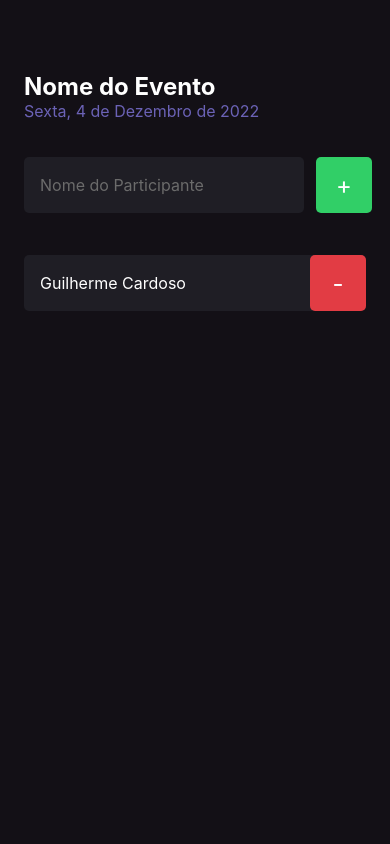
Repository: guilhermecardoso93/reactNative-ignite-imhere
Screen: /
These files come from the project's save history. The screen is drawn as it stood at one moment and after the next save; the edit follows.
The app was drawn by React Native's web renderer in a window 390 px wide. The project was rebuilt for these pictures with package versions that can differ from the ones it lists, and the page was loaded fresh each time.

Above is the screen before, as saved 2022-10-02 20:18:43.

### App.tsx
import { Text, View, StyleSheet } from "react-native";
import Home from "./src/screens/Home";

export default function App() {
  return (
    <>
      <Home/>
    </>
  );
}

### src/screens/Home/index.tsx
import { Text, View, TextInput, TouchableOpacity } from "react-native";
import { Participant } from "../../components/Participant";

import { styles } from "./styles";

export default function Home() {
  function handleAddPArticipant() {
    console.log("ADD part");
  }

  return (
    <View style={styles.container}>
      <Text style={styles.eventName}>Nome do Evento</Text>
      <Text style={styles.eventDate}>Sexta, 4 de Dezembro de 2022</Text>
      <View style={styles.form}>
        <TextInput
          style={styles.eventInput}
          placeholder="Nome do Participante"
          placeholderTextColor="#6b6b6b"
        />
        <TouchableOpacity style={styles.button} onPress={handleAddPArticipant}>
          <Text style={styles.buttonText}>+</Text>
        </TouchableOpacity>
      </View>
      <Participant/>
    </View>
  );
}

### src/components/Participant/index.tsx
import { Text, TouchableOpacity, View } from "react-native";


import { styles } from "./styles";

export function Participant(){
function handleRemoveParticipant(){
  console.log('Remove')
}

  return (
    <View style={styles.container}>
      <Text style={styles.name}>Guilherme Cardoso</Text>
      <TouchableOpacity style={styles.button} onPress={handleRemoveParticipant}>
          <Text style={styles.buttonText}>-</Text>
        </TouchableOpacity>
    </View>
  )
}

### src/screens/Home/styles.ts
import { StyleSheet } from "react-native";

export const styles = StyleSheet.create({
  container: {
    flex: 1,
    padding: 24,
    backgroundColor: "#131016",
  },
  eventName: {
    color: "#fff",
    fontSize: 24,
    fontWeight: "bold",
    marginTop: 48,
  },
  eventDate: {
    color: "#6b62b6",
    fontSize: 16,
  },

  eventInput: {
    backgroundColor: "#1f1e25",
    color: "#FFF",
    height: 56,
    flex: 1,
    borderRadius: 5,
    padding: 16,
    fontSize: 16,
    marginRight: 12,
  },

  button: {
    width: 56,
    height: 56,
    borderRadius: 5,
    backgroundColor: "#31cf67",
    alignItems: "center",
    justifyContent: "center",
  },
  buttonText: {
    color: "#FFF",
    fontSize: 24,
  },
  form: {
    width: "100%",
    flexDirection: "row",
    marginTop: 36,
    marginBottom: 42,
  },
});

### src/components/Participant/styles.ts
import { StyleSheet } from "react-native";

export const styles = StyleSheet.create({
  container: {
    width: "100%",
    backgroundColor: "#1f1e25",
    borderRadius: 5,
    flexDirection: "row",
    alignItems: "center",
    justifyContent: "space-between",
    marginBottom: 10
  },
  name: {
    color: "#fff",
    flex: 1,
    marginLeft: 16,
    fontSize: 16
  },
  button: {
    width: 56,
    height: 56,
    borderRadius: 5,
    backgroundColor: "#e23c44",
    alignItems: "center",
    justifyContent: "center",
  },
  buttonText: {
    color: "#FFF",
    fontSize: 24,
  },
});

After the next save:
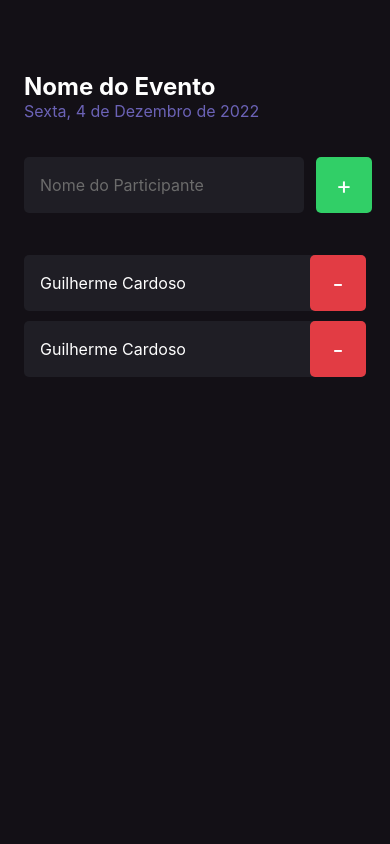
Saved 10 s later.
--- a/src/screens/Home/index.tsx
+++ b/src/screens/Home/index.tsx
@@ -23,6 +23,7 @@ export default function Home() {
         </TouchableOpacity>
       </View>
       <Participant/>
+      <Participant/>
     </View>
   );
 }
